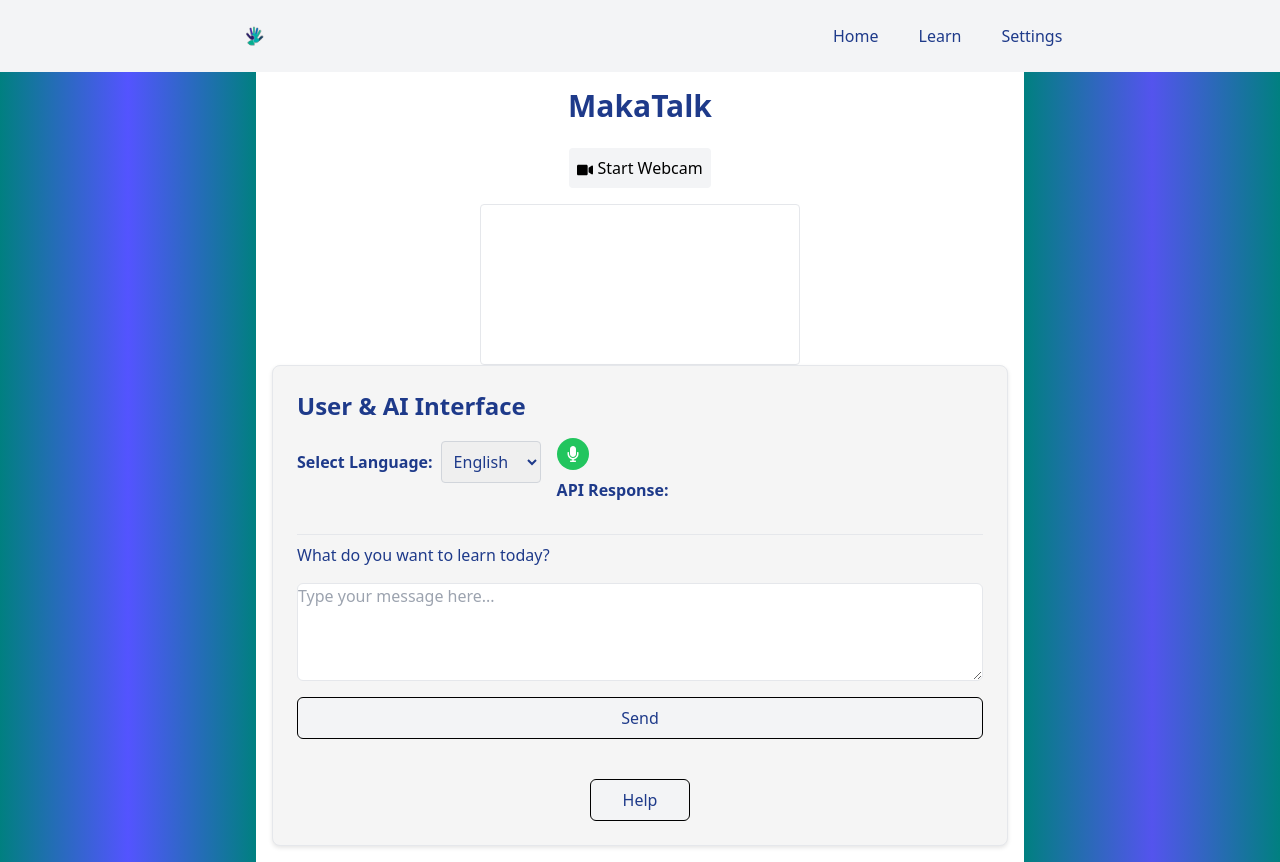
Repository: maria2469/MakaTalk
Page: /learn
These files come from the project's save history. The page is drawn as it stood at one moment and after the next save; the edit follows.
The browser window is 1280 px wide. The pictures show the whole page.
The page's requests for data from a server got no answer. The project was rebuilt for these pictures with package versions that can differ from the ones it lists, and the page was loaded fresh each time. No one was signed in, and anything a server would have sent is missing. Also part of the build but not shown: vite.config.js, src/components/LandingPage/Landing.jsx.

Above is the page before, as saved 2024-10-10 06:46:26.

### index.html
<!doctype html>
<html lang="en">
  <head>
    <meta charset="UTF-8" />
    <link rel="icon" type="image/svg+xml" href="/images/MakaTalkLogo.svg" />
    <meta name="viewport" content="width=device-width, initial-scale=1.0" />
    <title>MakaTalk</title>
  </head>
  <body>
    <div id="root"></div>
    <script type="module" src="/src/main.jsx"></script>
  </body>
</html>

### src/main.jsx

console.log('main.js loaded'); // Add this line


import { StrictMode } from 'react'
import { createRoot } from 'react-dom/client'
import App from './App.jsx'
import './index.css'

createRoot(document.getElementById('root')).render(
  <StrictMode>

    <App />
  </StrictMode>,
)

### src/App.jsx
import React from "react";
import { BrowserRouter as Router, Routes, Route } from "react-router-dom";
import Landing from "./components/LandingPage/Landing";
import Learn from "./components/Learn/Learn";

const App = () => {
  return (
    <Router>
      <Routes>
        <Route path="/" element={<Landing />} />
        <Route path="/learn" element={<Learn />} />
      </Routes>
    </Router>
  );
};

export default App;

### src/components/LandingPage/Navbar.jsx
import React from 'react';

const Navbar = () => {
  return (
    <div className="flex items-center justify-around p-3 bg-gray-100 text-blue-900 gap-40">
      <img src="/images/MakaTalkLogo.svg" alt="Logo" className="h-12 w-auto ml-5 justify-start" /> {/* Logo aligned to the extreme left */}
      <div className="flex space-x-10 mr-2 justify-center ">
        <p className="cursor-pointer hover:text-black">Home</p>
        <p className="cursor-pointer hover:text-black">Learn</p>
        <p className="cursor-pointer hover:text-black">Settings</p>
      </div>
    </div>
  );
}

export default Navbar;

### src/components/Learn/Webcam/Webcam.jsx
import React, { useRef, useState, useEffect } from 'react';
import { FaVideo, FaVideoSlash } from 'react-icons/fa'; // Import video and stop icons

const WebcamStream = () => {
  const videoRef = useRef(null);
  const canvasRef = useRef(null);
  const [isStreaming, setIsStreaming] = useState(false); // Toggle between streaming states
  const socket = useRef(null);

  useEffect(() => {
    // Setup WebSocket connection
    socket.current = new WebSocket("ws://localhost:5000"); // Assuming backend is running on localhost:5000
    socket.current.onopen = () => console.log("Connected to server");
    socket.current.onclose = () => console.log("Disconnected from server");

    return () => {
      if (socket.current) socket.current.close();
    };
  }, []);

  const startWebcam = async () => {
    try {
      const stream = await navigator.mediaDevices.getUserMedia({ video: true });
      videoRef.current.srcObject = stream;
      videoRef.current.play();
      setIsStreaming(true); // Webcam is now streaming
      captureFrames();
    } catch (error) {
      console.error("Error accessing webcam:", error);
    }
  };

  const stopWebcam = () => {
    const stream = videoRef.current.srcObject;
    const tracks = stream?.getTracks();
    if (tracks) {
      tracks.forEach(track => track.stop()); // Stop each track of the stream
      videoRef.current.srcObject = null; // Clear the video source
      setIsStreaming(false); // Webcam is no longer streaming
    }
  };

  const captureFrames = () => {
    if (!isStreaming || !videoRef.current || !canvasRef.current) return;

    const context = canvasRef.current.getContext('2d');
    const width = videoRef.current.videoWidth;
    const height = videoRef.current.videoHeight;

    // Set canvas dimensions to match the video element
    canvasRef.current.width = width;
    canvasRef.current.height = height;

    // Draw the current frame onto the canvas
    context.drawImage(videoRef.current, 0, 0, width, height);

    // Send the frame as an image data URL to the backend via WebSocket
    const frameData = canvasRef.current.toDataURL('image/jpeg'); // Convert the frame to a JPEG image
    socket.current.send(frameData); // Send the image data to the backend

    // Capture the next frame in the next animation frame
    requestAnimationFrame(captureFrames);
  };

  return (
    <div className="flex flex-col items-center">
      <button
        onClick={isStreaming ? stopWebcam : startWebcam} // Toggle between starting and stopping webcam
        className="mb-4 p-2 bg-gray-100 text-black rounded hover:bg-gray-200"
      >
        {isStreaming ? (
          <FaVideoSlash className="inline-block text-black" /> // Show stop icon when streaming
        ) : (
          <FaVideo className="inline-block text-black" /> // Show start icon when not streaming
        )}
        {isStreaming ? ' Stop Webcam' : ' Start Webcam'} {/* Toggle button label */}
      </button>
      <video ref={videoRef} width="320" height="240" className="border rounded" />
      <canvas ref={canvasRef} style={{ display: 'none' }} />
    </div>
  );
};

export default WebcamStream;

### src/components/Choices/Colors/Colors.jsx
// Colors.js
const colorOptions = {
    black: {
        image: './images/BlackSIG.svg', // Ensure this path is correct
        instructions: 'To sign black, hold your hand flat and move it across your chest.',
    },
    blue: {
        image: './images/BlueSIG.svg', // Ensure this path is correct
        instructions: 'To sign blue, wave your hand near your chest.',
    },
    brown: {
        image: './images/BrownSIG.svg', // Ensure this path is correct
        instructions: 'To sign brown, use a flat hand and tap it on your forehead.',
    },
    gold: {
        image: './images/GoldSIG.svg', // Ensure this path is correct
        instructions: 'To sign gold, touch your fingers to your chin and move down.',
    },
    green: {
        image: './images/GreenSIG.svg', // Ensure this path is correct
        instructions: 'To sign green, point your finger up and wiggle it.',
    },
    grey: {
        image: './images/GreySIG.svg', // Ensure this path is correct
        instructions: 'To sign grey, make a “G” shape with your hand.',
    },
    orange: {
        image: './images/OrangeSIG.svg', // Ensure this path is correct
        instructions: 'To sign orange, use a fist and tap it on your side.',
    },
    pink: {
        image: './images/PinkSIG.svg', // Ensure this path is correct
        instructions: 'To sign pink, extend your pinky finger and wave it.',
    },
    purple: {
        image: './images/PurpleSIG.svg', // Ensure this path is correct
        instructions: 'To sign purple, move your hand in a circular motion.',
    },
    red: {
        image: './images/RedSIG.svg', // Ensure this path is correct
        instructions: 'To sign red, extend your hand and touch your chin.',
    },
    silver: {
        image: './images/SilverSIG.svg', // Ensure this path is correct
        instructions: 'To sign silver, make a fist and tap it on your wrist.',
    },
    white: {
        image: './images/WhiteSIG.svg', // Ensure this path is correct
        instructions: 'To sign white, wave your hand in front of your chest.',
    },
    yellow: {
        image: './images/YellowSIG.svg', // Ensure this path is correct
        instructions: 'To sign yellow, make a “Y” shape with your hand and shake it.',
    },
    // Add more colors and their corresponding images and instructions as needed
};

export default colorOptions;

### src/components/Learn/Help/Help.jsx
import React, { useState } from 'react';
import GifStore from '../../GifStore/GifStore';

const Help = () => {
  const [isOpen, setIsOpen] = useState(false);
  const [helpOption, setHelpOption] = useState('');
  const [selectedGif, setSelectedGif] = useState('');

  const toggleHelpMenu = () => {
    setIsOpen((prev) => !prev);
    if (!isOpen) {
      setHelpOption(''); // Reset when closing
      setSelectedGif('');
    }
  };

  const handleOptionSelect = (option) => {
    setHelpOption(option);
    setIsOpen(false);
  };

  const handleColorSelect = (color) => {
    const gif = GifStore.getGif(color);
    setSelectedGif(gif || '');
    if (!gif) console.error(`GIF not found for the color: ${color}`);
  };

  const renderHelpOptions = () => (
    <div className="help-options bg-white border rounded shadow-md mt-2 p-4">
      <h3 className="font-bold mb-2">Select Help Option:</h3>
      {['AI', 'GIFs'].map((option) => (
        <button key={option} className="common-button" onClick={() => handleOptionSelect(option)}>
          Help from {option}
        </button>
      ))}
    </div>
  );

  const renderGifHelp = () => (
    <div className="gif-help mt-4">
      <h4 className="font-bold">Select a color for GIF help:</h4>
      {GifStore.colorGifs && Object.keys(GifStore.colorGifs).length > 0 ? (
        Object.keys(GifStore.colorGifs).map((color) => (
          <button key={color} className="common-button m-1" onClick={() => handleColorSelect(color)}>
            {color.charAt(0).toUpperCase() + color.slice(1)}
          </button>
        ))
      ) : (
        <p>No GIFs available. Please check GifStore configuration.</p>
      )}
      {selectedGif && <img src={selectedGif} alt="Color GIF" className="mt-2 w-full" />}
    </div>
  );

  const renderAIHelp = () => (
    <div className="ai-help mt-4">
      <h4 className="font-bold">AI Assistance</h4>
      <p>Here is some AI-powered assistance.</p>
      {/* Add your AI interaction logic here */}
    </div>
  );

  return (
    <div className="flex flex-col items-center mt-10">
      <button className="common-button" onClick={toggleHelpMenu}>Help</button>
      {isOpen && renderHelpOptions()}
      {helpOption === 'GIFs' && renderGifHelp()}
      {helpOption === 'AI' && renderAIHelp()}
    </div>
  );
};

export default Help;

### src/components/Languagedropdown/Language.jsx
import React from 'react';

const LanguageDropdown = ({ selectedLanguage, onLanguageChange, languages }) => {
  // Default language options in case languages aren't passed as props
  const defaultLanguages = [
    { code: 'en', label: 'English' },
    { code: 'es', label: 'Spanish' },
    { code: 'fr', label: 'French' },
    { code: 'de', label: 'German' },
    { code: 'zh', label: 'Chinese' },
    // Add more languages as needed
  ];

  const availableLanguages = languages || defaultLanguages; // Use passed languages or default

  return (
    <div className="language-dropdown mb-4">
      <label htmlFor="languageSelect" className="font-bold mr-2">
        Select Language:
      </label>
      <select
        id="languageSelect"
        aria-label="Select language"
        value={selectedLanguage}
        onChange={onLanguageChange} // Pass the handler from the parent
        className="border border-gray-300 rounded p-2"
      >
        {availableLanguages.map((lang) => (
          <option key={lang.code} value={lang.code}>
            {lang.label}
          </option>
        ))}
      </select>
    </div>
  );
};

export default LanguageDropdown;

### src/components/UserAiResponse/UserAiResponse.jsx
import React from 'react';

const UserAiResponse = ({ aiResponse, userInput, onInputChange, onSubmit }) => {
    return (
        <div className="flex flex-col">
            <div className="ai-response mb-4">
                {/* Remove or comment out the label */}
                {/* <h3 className="font-bold">AI Response:</h3> */}
                <p>{aiResponse}</p>
            </div>
            <textarea
                placeholder="Type your message here..."
                rows="4"
                value={userInput}
                onChange={onInputChange}
            />
            <button className="common-button mt-4" onClick={onSubmit}>
                Send
            </button>
        </div>
    );
}

export default UserAiResponse;

### src/components/VoiceToVoice/VoiceToVoiceButton.jsx
import React, { useState } from 'react';
import { FaMicrophone } from 'react-icons/fa';

const VoiceToVoiceButton = ({ selectedLanguage }) => {
  const [isListening, setIsListening] = useState(false);
  const [isProcessing, setIsProcessing] = useState(false); // Added to handle API processing state
  const [isSpeaking, setIsSpeaking] = useState(false);
  const [apiResponse, setApiResponse] = useState('');

  // Function to handle voice recognition (Speech-to-Text)
  const handleSpeechRecognition = () => {
    if (!window.SpeechRecognition && !window.webkitSpeechRecognition) {
      console.error('SpeechRecognition is not supported in this browser');
      return;
    }

    // Initialize the speech recognition object based on browser compatibility
    const SpeechRecognition =
      window.SpeechRecognition || window.webkitSpeechRecognition;
    const recognition = new SpeechRecognition();

    recognition.lang = selectedLanguage; // Set the recognition language
    recognition.interimResults = false; // Final result after user stops talking
    recognition.continuous = false; // Stop automatically after a phrase is recognized

    recognition.onstart = () => {
      setIsListening(true); // Update UI to show that it's listening
    };

    recognition.onresult = (event) => {
      const transcriptedText = Array.from(event.results)
        .map((result) => result[0].transcript)
        .join('');

      // Send transcriptedText to the backend for processing
      handleApiCall(transcriptedText);
    };

    recognition.onend = () => {
      setIsListening(false); // Stop listening
    };

    recognition.onerror = (event) => {
      console.error('SpeechRecognition error:', event.error);
    };

    recognition.start();
  };

  // Function to handle API call to backend
  const handleApiCall = async (transcriptedText) => {
    setIsProcessing(true); // Show the app is processing

    try {
      // Call your backend API to process the transcriptedText
      const response = await fetch('/api/process-voice', {
        method: 'POST',
        headers: {
          'Content-Type': 'application/json',
        },
        body: JSON.stringify({
          text: transcriptedText,
          language: selectedLanguage, // Pass the selected language to the backend
        }),
      });

      const data = await response.json();

      // Set API response (assuming response text is returned in `data.response`)
      setApiResponse(data.response);

      // Call Text-to-Speech to read the response aloud
      handleTextToSpeech(data.response);
    } catch (error) {
      console.error('API call failed:', error);
    } finally {
      setIsProcessing(false); // Stop processing
    }
  };

  // Function to handle Text-to-Speech (TTS) to speak the API response
  const handleTextToSpeech = (text) => {
    if (!window.speechSynthesis) {
      console.error('SpeechSynthesis is not supported in this browser');
      return;
    }

    const utterance = new SpeechSynthesisUtterance(text);
    utterance.lang = selectedLanguage; // Use the selected language for TTS
    setIsSpeaking(true); // Show that it's speaking

    utterance.onend = () => {
      setIsSpeaking(false); // Finished speaking
    };

    utterance.onerror = (event) => {
      console.error('SpeechSynthesis error:', event.error);
    };

    window.speechSynthesis.speak(utterance);
  };

  return (
    <div className="voice-to-voice-button">
      <button
        onClick={handleSpeechRecognition}
        className={`p-2 rounded-full ${isListening ? 'bg-red-500' : 'bg-green-500'} text-white`}
        disabled={isSpeaking || isProcessing} // Disable the button if it's speaking or processing
      >
        <FaMicrophone />
      </button>
      {isProcessing && <p>Processing...</p>}
      <div className="mt-2">
        <p><strong>API Response:</strong> {apiResponse}</p>
      </div>
    </div>
  );
};

export default VoiceToVoiceButton;

### src/components/GifStore/GifStore.jsx
const colorGifs = {
  black: '/gifs/black.gif',
  blue: '/gifs/blue.gif',
  brown: '/gifs/brown.gif',
  gold: '/gifs/gold.gif',
  green: '/gifs/green.gif',
  grey: '/gifs/grey.gif',
  orange: '/gifs/orange.gif',
  pink: '/gifs/pink.gif',
  purple: '/gifs/purple.gif',
  red: '/gifs/red.gif',
  silver: '/gifs/silver.gif',
  white: '/gifs/white.gif',
  yellow: '/gifs/yellow.gif',
};

// Export the GIFs and any necessary functions
const GifStore = {
  colorGifs, // Ensure this is properly exported
  getGif: (color) => {
    if (colorGifs[color]) {
      return colorGifs[color];
    } else {
      console.warn(`No GIF found for color: ${color}`); // Add warning for unmatched colors
      return null;
    }
  },
};

export default GifStore;

Loaded but not shown: src/index.css (common file); tailwind.config.js (common file); src/components/Learn/Learn.jsx (99 lines, source omitted); src/components/Learn/Learn.css (143 lines, source omitted)

After the next save:
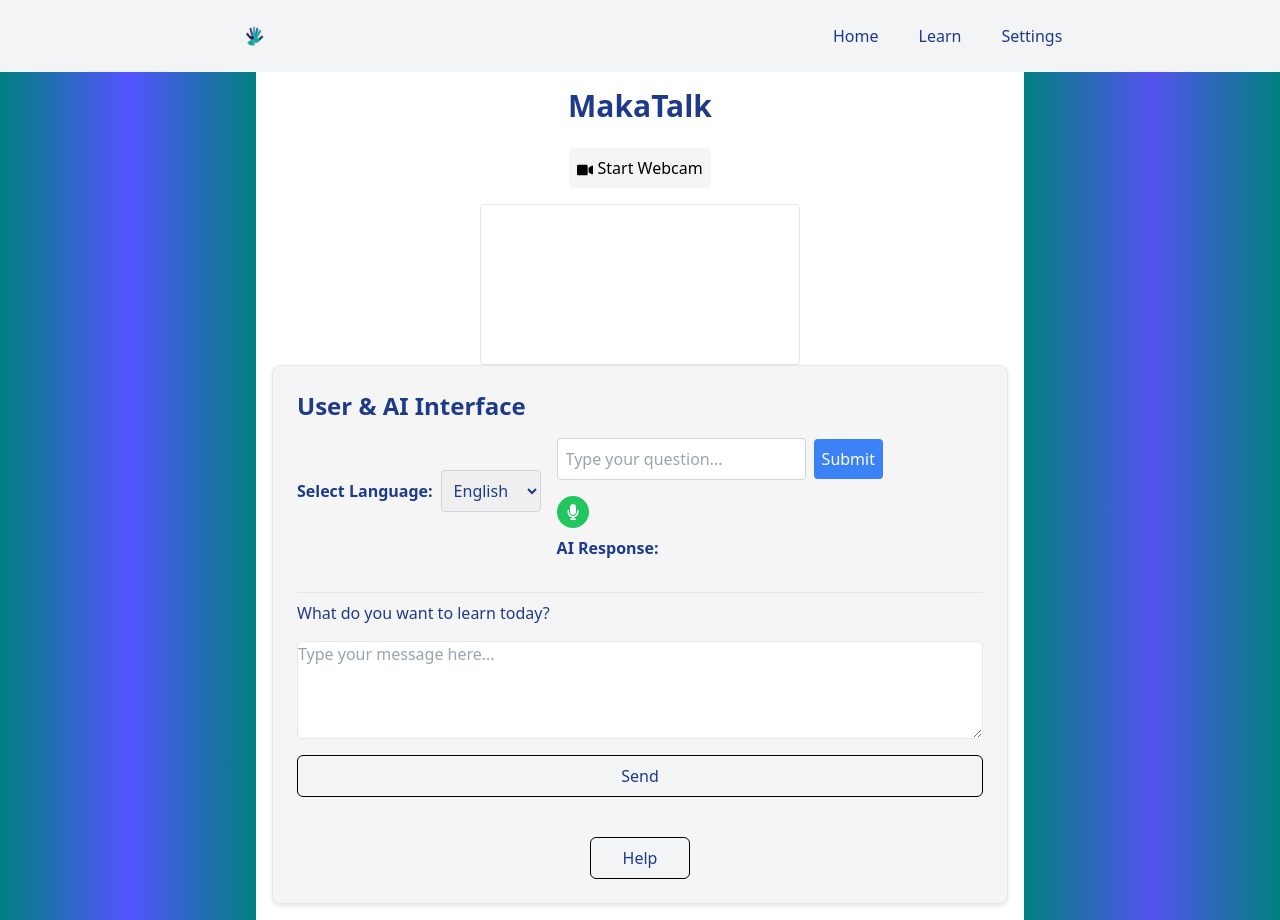
Saved 15 min 2 s later.
--- a/src/components/VoiceToVoice/VoiceToVoiceButton.jsx
+++ b/src/components/VoiceToVoice/VoiceToVoiceButton.jsx
@@ -4,8 +4,9 @@ import { FaMicrophone } from 'react-icons/fa';
 const VoiceToVoiceButton = ({ selectedLanguage }) => {
   const [isListening, setIsListening] = useState(false);
   const [isProcessing, setIsProcessing] = useState(false); // Added to handle API processing state
-  const [isSpeaking, setIsSpeaking] = useState(false);
   const [apiResponse, setApiResponse] = useState('');
+  const [userInput, setUserInput] = useState('');
+  const [inputMode, setInputMode] = useState('text'); // Mode: 'text' or 'voice'
 
   // Function to handle voice recognition (Speech-to-Text)
   const handleSpeechRecognition = () => {
@@ -25,6 +26,7 @@ const VoiceToVoiceButton = ({ selectedLanguage }) => {
 
     recognition.onstart = () => {
       setIsListening(true); // Update UI to show that it's listening
+      setInputMode('voice'); // Set mode to voice when listening starts
     };
 
     recognition.onresult = (event) => {
@@ -33,7 +35,7 @@ const VoiceToVoiceButton = ({ selectedLanguage }) => {
         .join('');
 
       // Send transcriptedText to the backend for processing
-      handleApiCall(transcriptedText);
+      handleApiCall(transcriptedText, 'voice');
     };
 
     recognition.onend = () => {
@@ -48,29 +50,30 @@ const VoiceToVoiceButton = ({ selectedLanguage }) => {
   };
 
   // Function to handle API call to backend
-  const handleApiCall = async (transcriptedText) => {
+  const handleApiCall = async (inputText, mode = 'text') => {
     setIsProcessing(true); // Show the app is processing
 
     try {
-      // Call your backend API to process the transcriptedText
-      const response = await fetch('/api/process-voice', {
+      // Call your backend API to process the inputText
+      const response = await fetch('/api/process-input', {
         method: 'POST',
         headers: {
           'Content-Type': 'application/json',
         },
         body: JSON.stringify({
-          text: transcriptedText,
+          text: inputText,
           language: selectedLanguage, // Pass the selected language to the backend
         }),
       });
 
       const data = await response.json();
 
-      // Set API response (assuming response text is returned in `data.response`)
-      setApiResponse(data.response);
+      setApiResponse(data.response); // Set the API response in state
 
-      // Call Text-to-Speech to read the response aloud
-      handleTextToSpeech(data.response);
+      // If the input was voice, use Text-to-Speech (TTS) to read the response aloud
+      if (mode === 'voice') {
+        handleTextToSpeech(data.response);
+      }
     } catch (error) {
       console.error('API call failed:', error);
     } finally {
@@ -78,7 +81,7 @@ const VoiceToVoiceButton = ({ selectedLanguage }) => {
     }
   };
 
-  // Function to handle Text-to-Speech (TTS) to speak the API response
+  // Function to handle Text-to-Speech (TTS) for voice responses
   const handleTextToSpeech = (text) => {
     if (!window.speechSynthesis) {
       console.error('SpeechSynthesis is not supported in this browser');
@@ -87,11 +90,6 @@ const VoiceToVoiceButton = ({ selectedLanguage }) => {
 
     const utterance = new SpeechSynthesisUtterance(text);
     utterance.lang = selectedLanguage; // Use the selected language for TTS
-    setIsSpeaking(true); // Show that it's speaking
-
-    utterance.onend = () => {
-      setIsSpeaking(false); // Finished speaking
-    };
 
     utterance.onerror = (event) => {
       console.error('SpeechSynthesis error:', event.error);
@@ -100,18 +98,44 @@ const VoiceToVoiceButton = ({ selectedLanguage }) => {
     window.speechSynthesis.speak(utterance);
   };
 
+  // Function to handle text input submission
+  const handleTextSubmit = (e) => {
+    e.preventDefault();
+    setInputMode('text'); // Set mode to text when submitting text input
+    handleApiCall(userInput, 'text'); // Send text input to API
+    setUserInput(''); // Clear input field
+  };
+
   return (
     <div className="voice-to-voice-button">
+      {/* Text Input Form */}
+      <form onSubmit={handleTextSubmit} className="mb-4">
+        <input
+          type="text"
+          value={userInput}
+          onChange={(e) => setUserInput(e.target.value)}
+          placeholder="Type your question..."
+          className="border border-gray-300 rounded p-2 mr-2"
+        />
+        <button type="submit" className="p-2 bg-blue-500 text-white rounded">
+          Submit
+        </button>
+      </form>
+
+      {/* Voice Input Button */}
       <button
         onClick={handleSpeechRecognition}
         className={`p-2 rounded-full ${isListening ? 'bg-red-500' : 'bg-green-500'} text-white`}
-        disabled={isSpeaking || isProcessing} // Disable the button if it's speaking or processing
+        disabled={isProcessing} // Disable the button if it's processing
       >
         <FaMicrophone />
       </button>
+
       {isProcessing && <p>Processing...</p>}
+
+      {/* Display Response */}
       <div className="mt-2">
-        <p><strong>API Response:</strong> {apiResponse}</p>
+        <p><strong>AI Response:</strong> {apiResponse}</p>
       </div>
     </div>
   );
